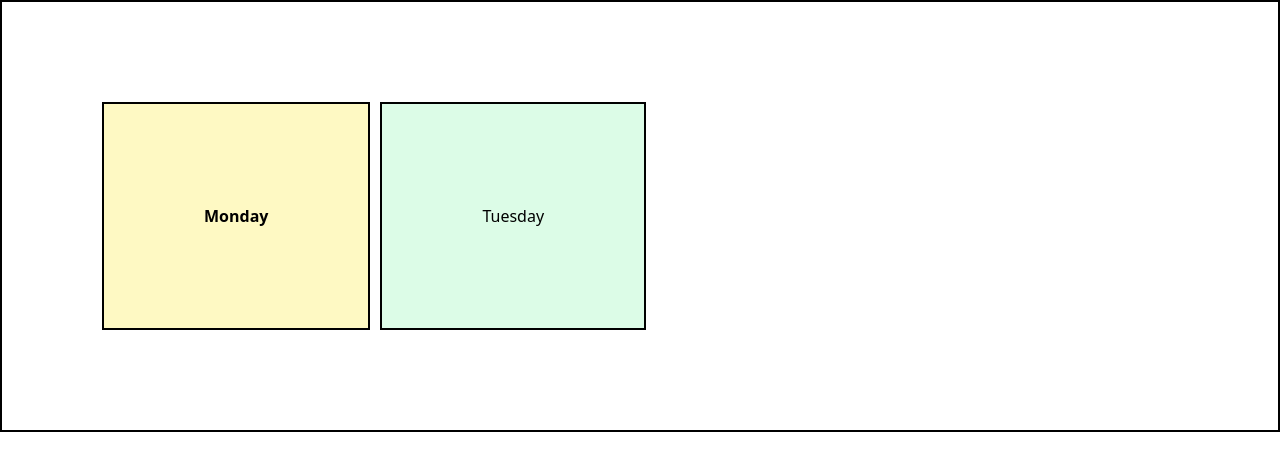
Repository: AfzalHaq61/tailwind-deep
Page: http://localhost/
An editor plug-in stored every save of this project. The page is shown before and after the next save, followed by the edit.
The browser window is 1280 px wide. The pictures show the whole page.
The page is served by the project's Laravel application, run on PHP 8.4 with Laravel 9. Other server files are loaded and not shown. Style sheets and scripts are compiled from the project's sources, by tool versions that may differ from the author's.

Above is the page before, as saved 2022-12-24 17:21:16.

### resources/views/welcome.blade.php
<!doctype html>
<html>

<head>
    <meta charset="utf-8">
    <meta name="viewport" content="width=device-width, initial-scale=1.0">
    @vite('resources/css/app.css')
</head>

<body>
    <div class="flex p-[100px] border-2 border-black">
        <div class="bg-yellow-100 p-[100px] border-2 border-black mr-[10px]">
            <h1 class="font-bold">Monday</h1>
        </div>
        <div class="bg-green-100 p-[100px] border-2 border-black">
            <h1>Tuesday</h1>
        </div>
    </div>
</body>

</html>

Loaded but not shown: routes/web.php (common file); resources/css/app.css (common file); tailwind.config.js (common file)

After the next save:
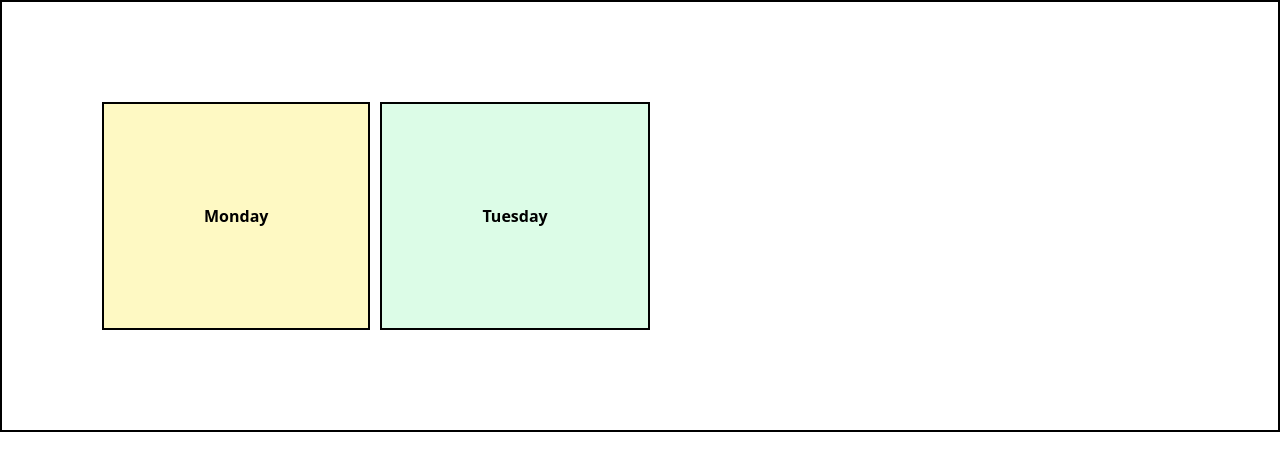
Saved 8 s later.
--- a/resources/views/welcome.blade.php
+++ b/resources/views/welcome.blade.php
@@ -13,7 +13,7 @@
             <h1 class="font-bold">Monday</h1>
         </div>
         <div class="bg-green-100 p-[100px] border-2 border-black">
-            <h1>Tuesday</h1>
+            <h1 class="font-bold">Tuesday</h1>
         </div>
     </div>
 </body>
